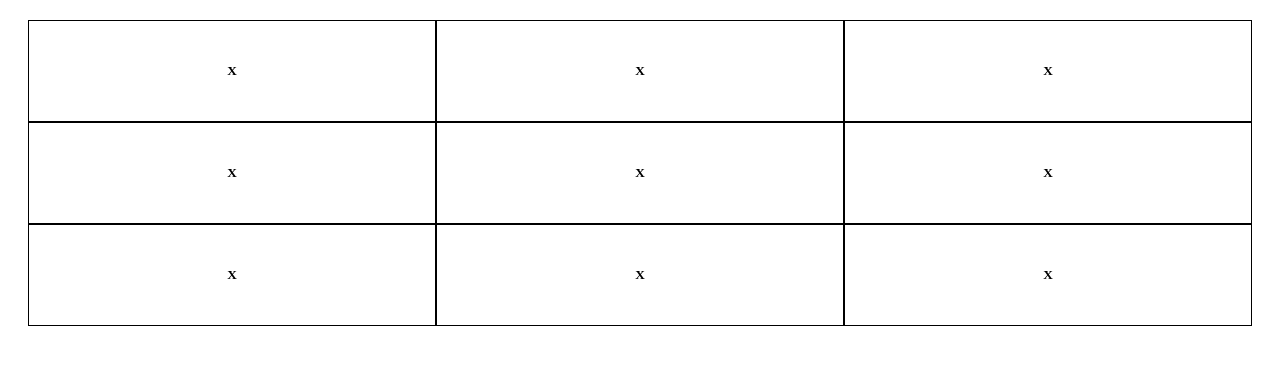
Repository: khalifalmahmud0/React__Tic-Tac-Toe
Page: /
An editor plug-in stored every save of this project. The page is shown before and after the next save, followed by the edit.
The browser window is 1280 px wide. The pictures show the whole page.
The project was rebuilt for these pictures with package versions that can differ from the ones it lists, and the page was loaded fresh each time. Also part of the build but not shown: vite.config.js, src/App.css, src/assets/css/index.css.

Above is the page before, as saved 2023-06-06 23:08:35.

After the next save:
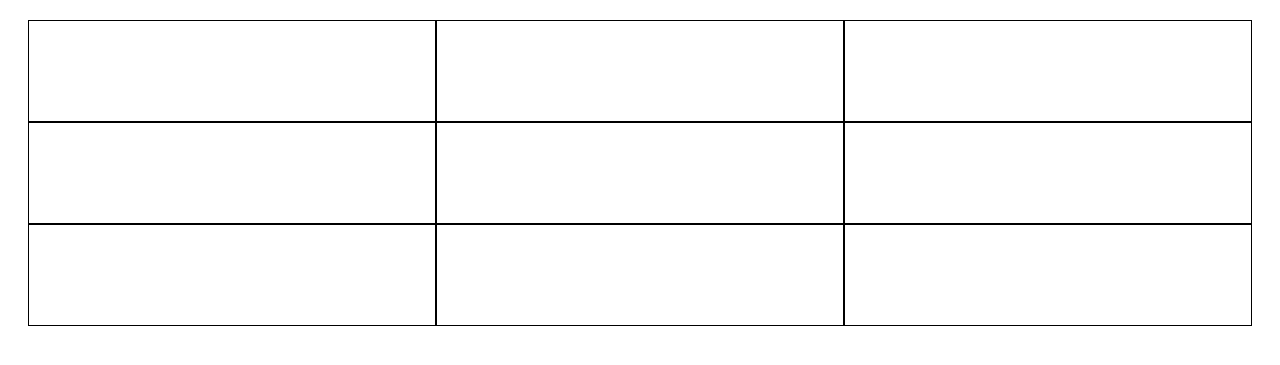
Saved 11 s later.
--- a/src/components/Box/Box.jsx
+++ b/src/components/Box/Box.jsx
@@ -3,7 +3,7 @@
 	return (
 		<>
 			<div className="boxContainer">
-				<h5>X</h5>
+				<h5>{value}</h5>
 			</div>
 		</>
 	);
